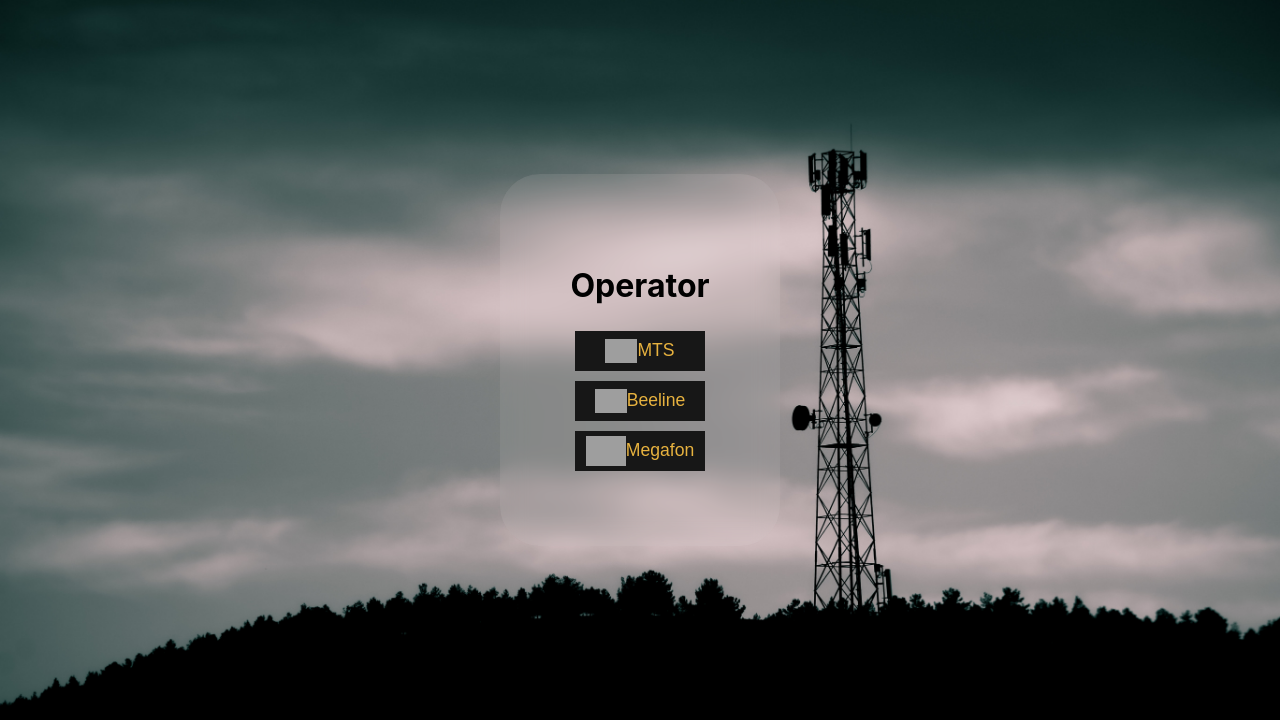
Repository: MiroslavWise/operator
Page: /
These files come from the project's save history. The page is drawn as it stood at one moment and after the next save; the edit follows.
The browser window is 1280 px wide. The pictures show the whole page.
Pictures or frames that could not be fetched are drawn as grey boxes. The project was rebuilt for these pictures with package versions that can differ from the ones it lists, and the page was loaded fresh each time. Also part of the build but not shown: src/pages/MTS.jsx, src/pages/Beeline.jsx, src/pages/Megafon.jsx. Imported but missing from the stored project, and not drawn on this page: src/components/CompFormik.

Above is the page before, as saved 2022-02-15 19:25:21.

After the next save:
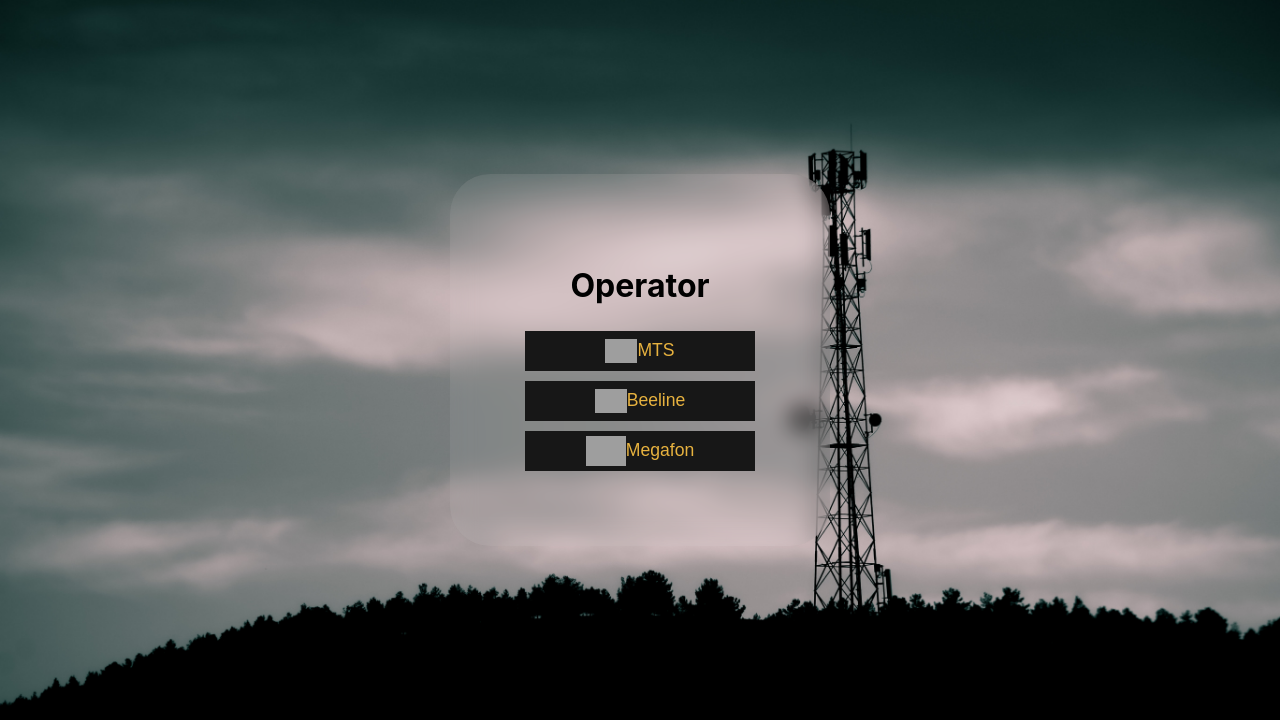
Saved 37 s later.
--- a/src/App.css
+++ b/src/App.css
@@ -56,7 +56,7 @@
   display: flex;
     flex-direction: row;
     justify-content: center;
-  width: 130px;
+  width: 230px;
   height: 40px;
   font-size: 1.1em;
   cursor: pointer;
